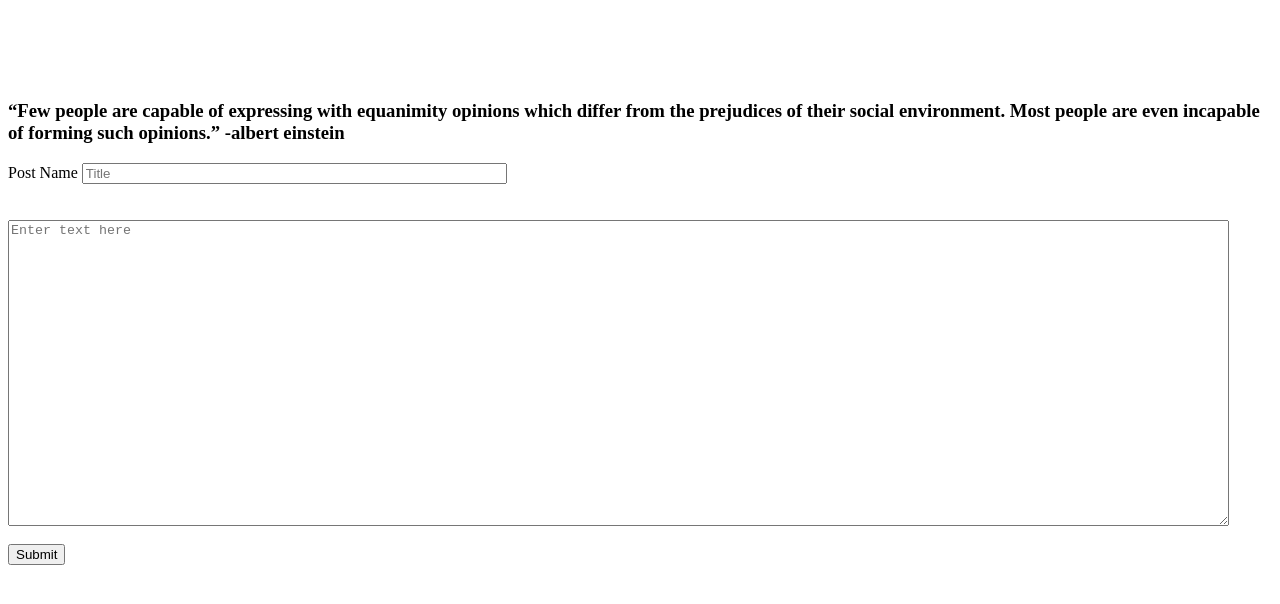
Repository: AnnieFisher/blog
Page: BlogMVC/WebContent/addPost.view.html
The author's editor kept a copy of each file at every save. The page is drawn from the files as they stood at one save, then again after the next save.
The browser window is 1280 px wide. The pictures show the whole page.

Above is the page before, as saved 2016-12-19 07:11:31.

After the next save:
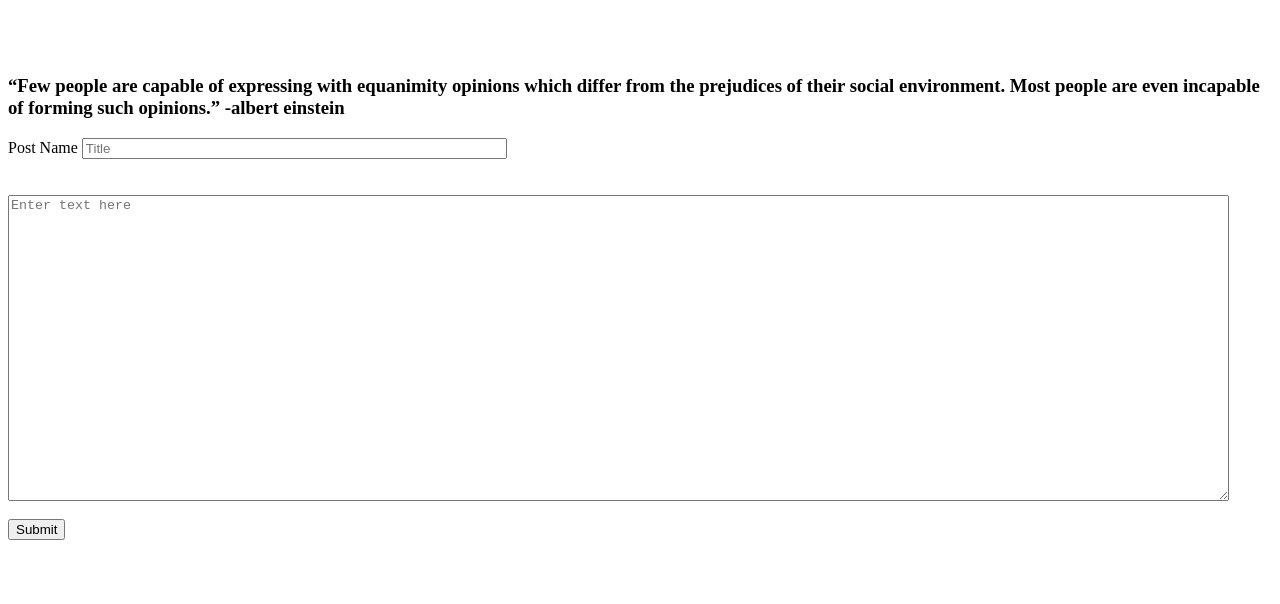
Saved 18 s later.
--- a/BlogMVC/WebContent/addPost.view.html
+++ b/BlogMVC/WebContent/addPost.view.html
@@ -1,7 +1,7 @@
 <header ng-include="'nav.html'"></header>
 <div class = "container">
 	<div class = "row">
-	  <div style="margin-top:100px">
+	  <div style="margin-top:75px">
 	  	  <h3 id="myQuote">“Few people are capable of expressing with equanimity opinions which differ from the prejudices of their social environment. Most people are even incapable of forming such opinions.” -albert einstein</h3>
 		  <form id="addPost">
 		  <label for="postName" class="sr-only">Post Name</label>
